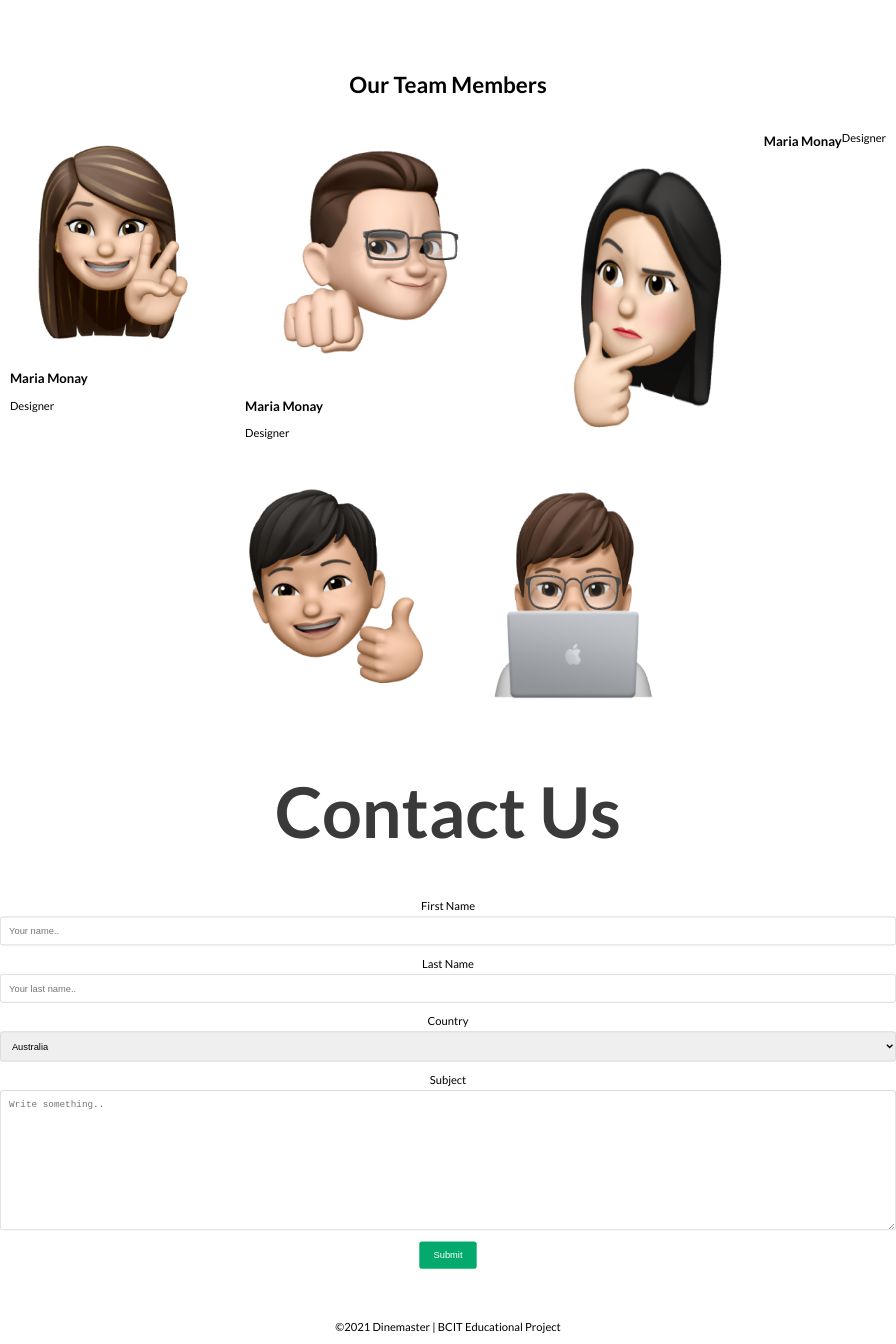
Repository: leahma1208/dinemaster
Page: index.html
The author's editor kept a copy of each file at every save. The page is drawn from the files as they stood at one save, then again after the next save.
The browser window is 1280 px wide. The pictures show the part of the page from y = 4139 to 6059 px (the page is 6059 px tall before and 6046 px after), at 70% of full size.
A picture or video elsewhere on the page could not be fetched, so the positions and the page height are approximate.

Above is the page before, as saved 2021-05-07 12:29:58.

After the next save:
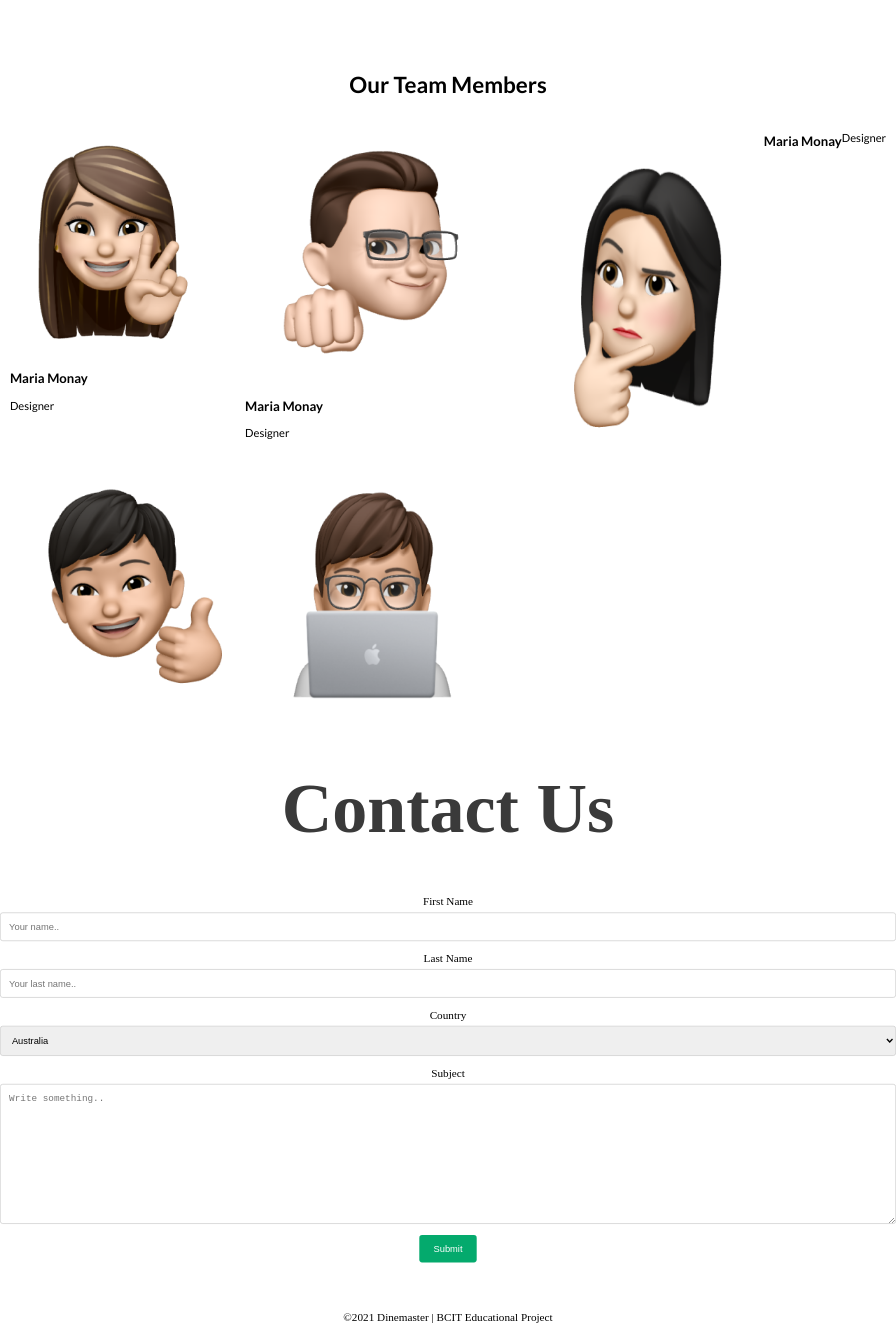
Saved 4 s later.
--- a/index.html
+++ b/index.html
@@ -93,7 +93,7 @@
             <div class="img1">
                 <div><img src="/img/image 4.png" alt="Maria Monay"><h3>Maria Monay</h3><p>Designer</p></div>
                 <div><img src="/img/image 5.png" alt="Lance Bulseco"><h3>Maria Monay</h3><p>Designer</p></div>
-                <img src="/img/39f8df7f1b6dbd378f3a219a0ab0f1ef-sticker 1.png" alt="Leah Ma"><h3>Maria Monay</h3><p>Designer</p>
+                <img src="/img/39f8df7f1b6dbd378f3a219a0ab0f1ef-sticker 1.png" alt="Leah Ma"><h3>Maria Monay</h3><p>Designer</p></div>
             </div>
             <div class="img2">
                 <img src="/img/2f48eec3970b26064700bd96f6fee4a5-sticker 1.png" alt="Justin Tsen">
